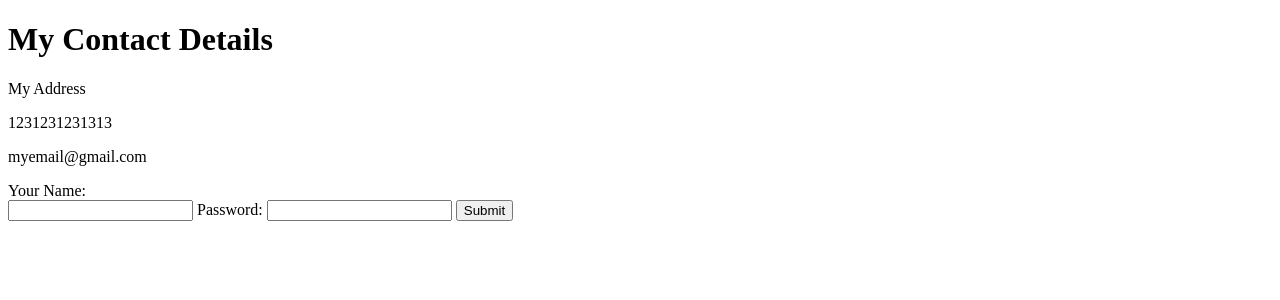
Repository: Isanderr/simple_landing_page-1
Page: contact.html
An editor plug-in stored every save of this project. The page is shown before and after the next save, followed by the edit.
The browser window is 1280 px wide. The pictures show the whole page.

Above is the page before, as saved 2019-01-29 09:43:33.

### contact.html
<!DOCTYPE html>
<html lang="en">

    <head>
        <meta charset="UTF-8">
        <meta name="viewport" content="width=device-width, initial-scale=1.0">
        <meta http-equiv="X-UA-Compatible" content="ie=edge">
        <title>ContactMe</title>
    </head>

    <body>
        <h1>My Contact Details</h1>
        <p>My Address</p>
        <p>1231231231313</p>
        <p>myemail@gmail.com</p>
        <form action="" class="" method="POST">
            <label>Your Name: </label><br>
            <input type="text">
            <label for="">Password: </label>
            <input type="password">
            <input type="submit">
        </form>
    </body>

</html>

After the next save:
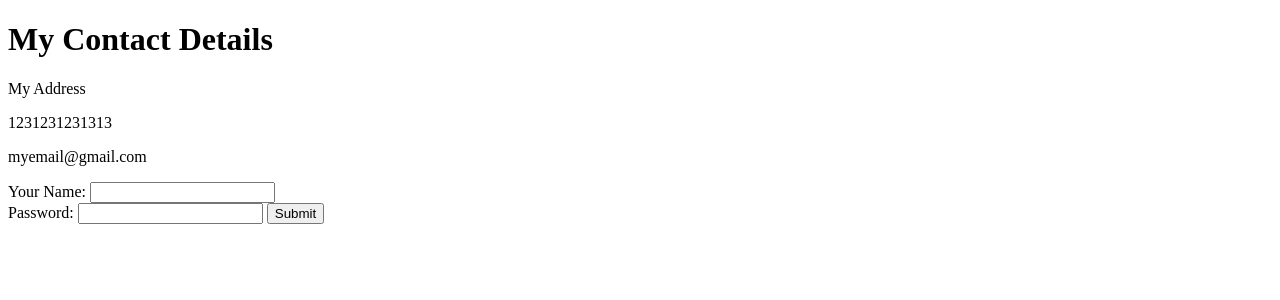
Saved 11 s later.
--- a/contact.html
+++ b/contact.html
@@ -14,8 +14,8 @@
         <p>1231231231313</p>
         <p>myemail@gmail.com</p>
         <form action="" class="" method="POST">
-            <label>Your Name: </label><br>
-            <input type="text">
+            <label>Your Name: </label>
+            <input type="text"><br>
             <label for="">Password: </label>
             <input type="password">
             <input type="submit">
